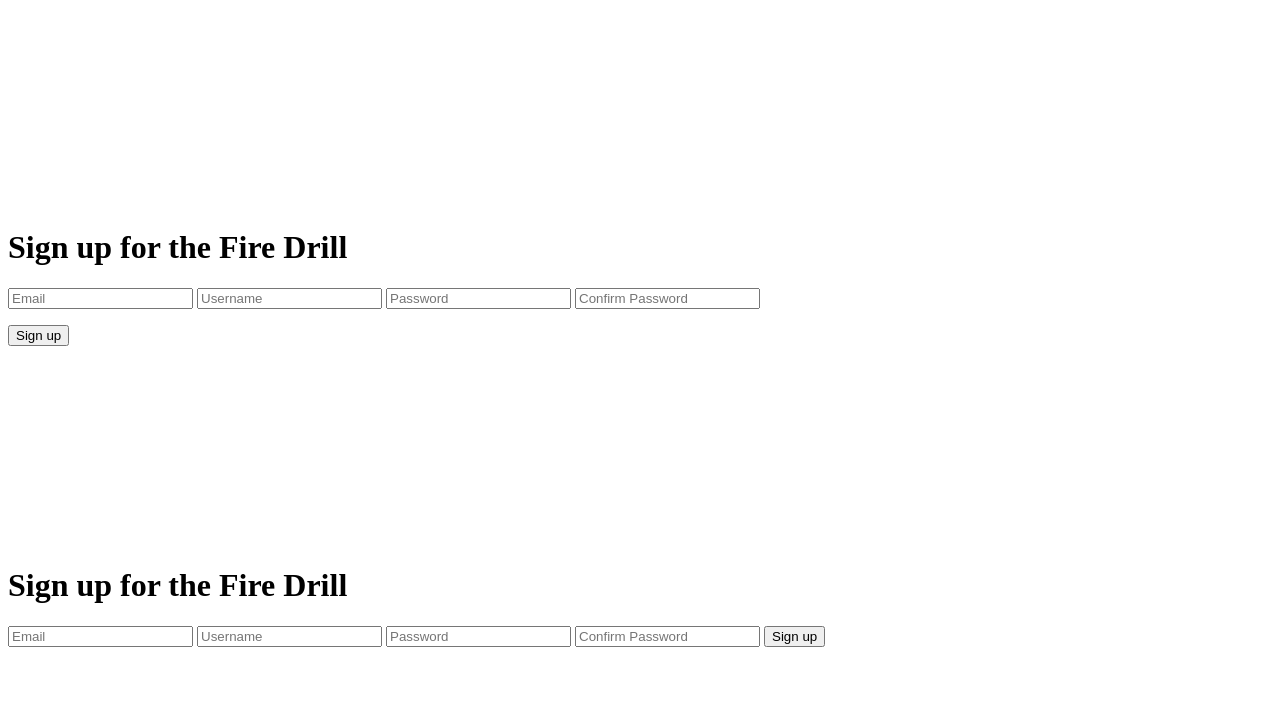
Repository: robertgshaw/fire-drill
Page: templates/signupTemplate.html
The author's editor kept a record of every edit. The page is drawn from the files as they stood at one moment, then again after the next edit.
The browser window is 1280 px wide. The pictures show the whole page.

Above is the page before.

### templates/signupTemplate.html
<div class="black-wrapper">
    <div class="container hidden-xs hidden-sm form-container">
        <img src="images/logo-white.png"></img>
            <h1>Sign up for the Fire Drill</h1>
        <form class="form-signin form-desktop" id="signup-form">
            <input type="email" id="signup-email" class="form-control" placeholder="Email" />
            <input type="text" id="signup-username" class="form-control" placeholder="Username"/>
            <input type="password" id="signup-password" class="form-control" placeholder="Password" />
            <input type="password" id="signup-confirm" class="form-control" placeholder="Confirm Password"/>
        </form>
        <button class="btn btn-lg btn-primary btn-block signup-desktop">Sign up</button>
    </div>

    <div class="container hidden-lg hidden-md form-container">
        <img src="images/logo-white.png"></img>
            <h1>Sign up for the Fire Drill</h1>
        <form class="form-signin form-mobile" id="signup-form">
            <input type="email" id="signup-email" class="form-control" placeholder="Email" />
            <input type="text" id="signup-username" class="form-control" placeholder="Username"/>
            <input type="password" id="signup-password" class="form-control" placeholder="Password" />
            <input type="password" id="signup-confirm" class="form-control" placeholder="Confirm Password"/>
            <button class="btn btn-lg btn-primary btn-block signup-mobile">Sign up</button>
        </form>
    </div>
</div>

After the next edit:
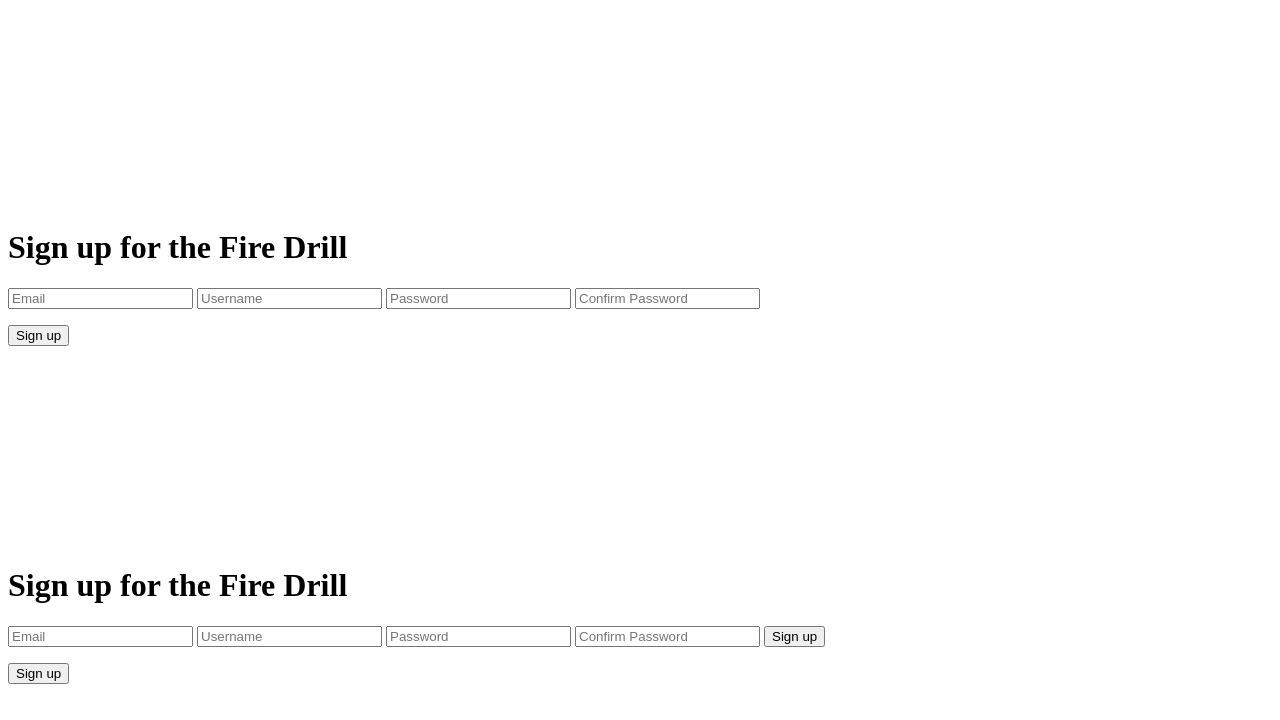
The edit:
--- a/templates/signupTemplate.html
+++ b/templates/signupTemplate.html
@@ -21,5 +21,6 @@
             <input type="password" id="signup-confirm" class="form-control" placeholder="Confirm Password"/>
             <button class="btn btn-lg btn-primary btn-block signup-mobile">Sign up</button>
         </form>
+        <button class="btn btn-lg btn-primary btn-block signup-mobile">Sign up</button>
     </div>
 </div>
